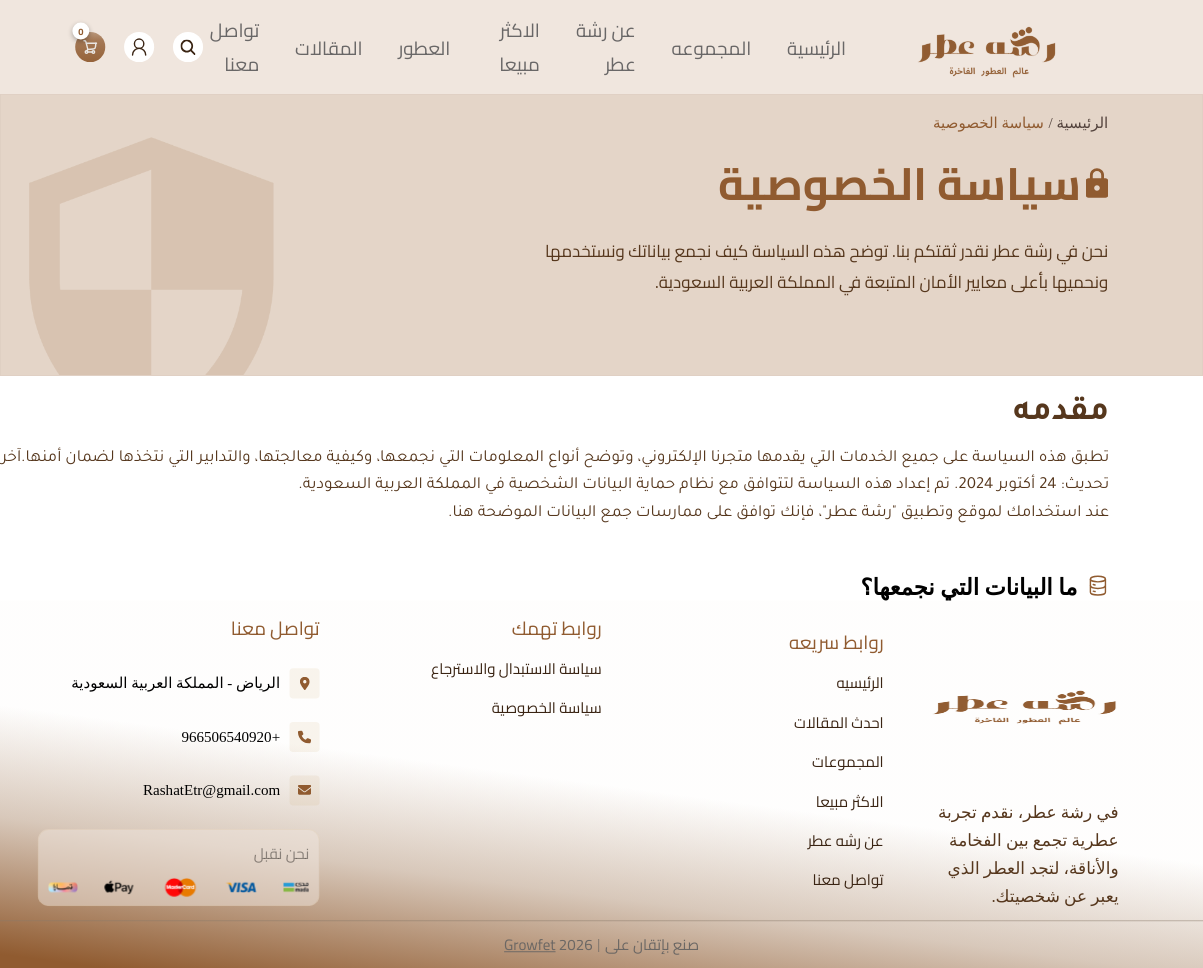
Repository: mahmoudesh74/rashet-3tr
Page: /PrivacyPolicyPage
An editor plug-in stored every save of this project. The page is shown before and after the next save, followed by the edit.
The browser window is 1280 px wide. The pictures show the whole page, at 94% of full size.
Some web fonts or font styles are not loaded; a fallback is used. The project was rebuilt for these pictures with package versions that can differ from the ones it lists, and the page was loaded fresh each time. Also part of the build but not shown: vite.config.js, src/App.css, src/components/HeaderSection/Header.css, src/components/HeaderSection/Header.jsx, src/components/GroupSection/GroupSection.css, src/components/GroupSection/GroupSection.jsx, src/components/AboutSection/AboutSection.css, src/components/AboutSection/AboutSection.jsx and 17 more. Imported but missing from the stored project, and not drawn on this page: src/assets/vedio.mp4.

Above is the page before, as saved 2026-09-23 11:49:05.

### index.html
<!doctype html>
<html lang="ar" dir="rtl">
  <head>
    <meta charset="UTF-8" />
    <link rel="icon" type="image/svg+xml" href="/favicon.svg" />
    <meta name="viewport" content="width=device-width, initial-scale=1.0" />
    <title>rashet-3tr</title>
    <link rel="preconnect" href="https://fonts.googleapis.com">
<link rel="preconnect" href="https://fonts.gstatic.com" crossorigin>
<link href="https://fonts.googleapis.com/css2?family=Be+Vietnam+Pro:ital,wght@0,100;0,200;0,300;0,400;0,500;0,600;0,700;0,800;0,900;1,100;1,200;1,300;1,400;1,500;1,600;1,700;1,800;1,900&family=Cairo:wght@200..1000&family=IBM+Plex+Sans:ital,wght@0,100..700;1,100..700&family=Kameron:wght@400..700&family=Noto+Rashi+Hebrew:wght@100..900&family=Plus+Jakarta+Sans:ital,wght@0,200..800;1,200..800&family=Roboto:ital,wght@0,100..900;1,100..900&family=Tajawal:wght@200;300;400;500;700;800;900&display=swap" rel="stylesheet">
    <link rel="preconnect" href="https://fonts.googleapis.com">
<link rel="preconnect" href="https://fonts.gstatic.com" crossorigin>
<link href="https://fonts.googleapis.com/css2?family=Be+Vietnam+Pro:ital,wght@0,100;0,200;0,300;0,400;0,500;0,600;0,700;0,800;0,900;1,100;1,200;1,300;1,400;1,500;1,600;1,700;1,800;1,900&family=Cairo:wght@200..1000&family=IBM+Plex+Sans:ital,wght@0,100..700;1,100..700&family=Kameron:wght@400..700&family=Noto+Rashi+Hebrew:wght@100..900&family=Plus+Jakarta+Sans:ital,wght@0,200..800;1,200..800&display=swap" rel="stylesheet">
    <link rel="preconnect" href="https://fonts.googleapis.com">
<link rel="preconnect" href="https://fonts.gstatic.com" crossorigin>
<link href="https://fonts.googleapis.com/css2?family=Be+Vietnam+Pro:ital,wght@0,100;0,200;0,300;0,400;0,500;0,600;0,700;0,800;0,900;1,100;1,200;1,300;1,400;1,500;1,600;1,700;1,800;1,900&family=Cairo:wght@200..1000&family=IBM+Plex+Sans:ital,wght@0,100..700;1,100..700&family=Kameron:wght@400..700&display=swap" rel="stylesheet">
 <link rel="preconnect" href="https://fonts.googleapis.com">
<link rel="preconnect" href="https://fonts.gstatic.com" crossorigin>
<link href="https://fonts.googleapis.com/css2?family=Be+Vietnam+Pro:ital,wght@0,100;0,200;0,300;0,400;0,500;0,600;0,700;0,800;0,900;1,100;1,200;1,300;1,400;1,500;1,600;1,700;1,800;1,900&family=Cairo:wght@200..1000&family=IBM+Plex+Sans:ital,wght@0,100..700;1,100..700&family=Kameron:wght@400..700&family=Plus+Jakarta+Sans:ital,wght@0,200..800;1,200..800&display=swap" rel="stylesheet">
</head>
  <body>
    <div id="root"></div>
    <script type="module" src="/src/main.jsx"></script>
  </body>
</html>

### src/main.jsx
import React from "react";
import ReactDOM from "react-dom/client";
import { BrowserRouter } from "react-router-dom";
import App from "./App.jsx";

ReactDOM.createRoot(document.getElementById("root")).render(
  <React.StrictMode>
    <BrowserRouter>
      <App />
    </BrowserRouter>
  </React.StrictMode>
);

### src/App.jsx
import "./App.css";
import HomePage from "./pages/HomePage/homePag";
import NavBar from "./components/NavBar/NavBar";
import Footer from "./components/Footer/Footer";
import { Routes, Route } from "react-router-dom";
import GroupPage from "./pages/GroupPage/GroupPage";
import GroupCatalog from "./pages/groupCatalog/groupCatalog";
import AboutRashetEtr from "./pages/AboutRashetEtr/AboutRashetEtr";
import PrivacyPolicyPage from "./pages/PrivacyPolicy/privacyPolicy"
function App() {
  return (
    <>
      <NavBar />

      <Routes>
        <Route path="/" element={<HomePage />} />
        <Route path="/GroupPage" element={<GroupPage />} />
        <Route path="/GroupCatalog/:id" element={<GroupCatalog />} />
        <Route path="/AboutRashetEtr" element={<AboutRashetEtr />} />
        <Route path="/PrivacyPolicyPage" element={<PrivacyPolicyPage />} />

      </Routes>

      <Footer />
    </>
  );
}

export default App;

### src/components/NavBar/NavBar.jsx
import { useState } from "react";
import styles from "./NavBar.module.css";
import LogoImage from "../../assets/logo-rashet-3tr.png";
import SearchIcon from "../../assets/search.svg";
import profileIcon from "../../assets/user.svg";
import cartIcon from "../../assets/cart.svg";
import Modal from "../../components/Model/Modal";
import LoginForm from "../../pages/LoginPage/LoginPage";
import { Link, useLocation, useNavigate } from "react-router-dom";

const links = [
  { label: "الرئيسية", to: "/" },
  { label: "المجموعه", section: "groups" },
  { label: "عن رشة عطر", to: "/AboutRashetEtr" },
  { label: "الاكثر مبيعا", section: "bestSeller" },
  { label: "العطور", section: "perfumes" },
  { label: "المقالات", section: "articles" },
  { label: "تواصل معنا", section: "contactUs" },
];

export default function Navbar() {
  const [isLoginOpen, setIsLoginOpen] = useState(false);

  const navigate = useNavigate();
  const location = useLocation();

  const handleSectionClick = (e, sectionId) => {
    e.preventDefault();

    if (location.pathname === "/") {
      const section = document.getElementById(sectionId);

      if (section) {
        section.scrollIntoView({
          behavior: "smooth",
          block: "start",
        });
      }
    } else {
      navigate(`/?scroll=${sectionId}`);
    }
  };

  return (
    <>
      <nav dir="rtl" className={styles.navbar}>
        <div className={styles.container}>

          <img
            src={LogoImage}
            alt="LogoImage"
            className={styles.logoImage}
          />

          <ul className={styles.links}>
            {links.map((link) => (
              <li key={link.label}>

                {link.section ? (
                  <Link
                    to={`/#${link.section}`}
                    onClick={(e) =>
                      handleSectionClick(e, link.section)
                    }
                    className={styles.link}
                  >
                    {link.label}
                  </Link>
                ) : (
                  <Link
                    to={link.to}
                    className={styles.link}
                  >
                    {link.label}
                  </Link>
                )}

              </li>
            ))}
          </ul>

          <div className={styles.icons}>

            <div className={styles.search}>
              <img src={SearchIcon} alt="بحث" />
            </div>

            <div
              className={styles.profile}
              onClick={() => setIsLoginOpen(true)}
              style={{ cursor: "pointer" }}
            >
              <img src={profileIcon} alt="مستخدم" />
            </div>

            <div className={styles.cart}>
              <img src={cartIcon} alt="سلة" />
              <span className={styles.cartCount}>0</span>
            </div>

          </div>
        </div>
      </nav>

      <Modal
        isOpen={isLoginOpen}
        onClose={() => setIsLoginOpen(false)}
      >
        <LoginForm onClose={() => setIsLoginOpen(false)} />
      </Modal>
    </>
  );
}

### src/pages/PrivacyPolicy/privacyPolicy.jsx
import "./privacyPolicy.css";
import CloseIcon from "../../assets/close-Icon.svg";
import privacy from "../../assets/privacy.png";
import database from "../../assets/database.svg"
export default function PrivacyPolicyPage() {
  return (
    <div className="privacyPolicyPage">
      <div className="pageHeaderContent">
        <div className="privacyPolicyTitle">
          <p>الرئيسية / </p> سياسة الخصوصية
        </div>
        <div className="privacyPolicyHeader">
          <div className="privacyPolicyHeaderImg">
            <img src={CloseIcon} alt="" />
            <h1>سياسة الخصوصية</h1>
          </div>
          <div className="privacyPolicyHeaderDes">
            <p>
              نحن في رشة عطر نقدر ثقتكم بنا. توضح هذه السياسة كيف نجمع بياناتك
              ونستخدمها ونحميها بأعلى معايير الأمان المتبعة في المملكة العربية
              السعودية.
            </p>
          </div>
        </div>
        <img src={privacy} alt="" className="headerShieldImg" />
      </div>
      <div className="introSection">
        <h2>مقدمه</h2>
        <p>
          تطبق هذه السياسة على جميع الخدمات التي يقدمها متجرنا الإلكتروني، وتوضح
          أنواع المعلومات التي نجمعها، وكيفية معالجتها، والتدابير التي نتخذها
          لضمان أمنها.آخر تحديث: 24 أكتوبر 2024. تم إعداد هذه السياسة لتتوافق مع
          نظام حماية البيانات الشخصية في المملكة العربية السعودية. <br /> عند استخدامك
          لموقع وتطبيق "رشة عطر"، فإنك توافق على ممارسات جمع البيانات الموضحة
          هنا.
        </p>
      </div>
      <div className="dataCollected">
        <div className="Database">
          <div className="DatabaseImg">
          <img src={database} alt="" />

          </div>
         <div className="DatabaseDes"> <h2>ما البيانات التي نجمعها؟</h2></div>
        </div>
      </div>
    </div>
  );
}

### src/pages/HomePage/homePage.css
*{
  padding: 0;
  margin: 0;
}
.HomePageHader {
  position: relative;
  width: 100%;
  height: 750px;

}

.HeaderBgVideo {
  position: absolute;
  top: 50%;
  left: 50%;
  min-width: 100%;
  min-height: 100%;
  width: auto;
  height: auto;
  transform: translate(-50%, -50%);
  object-fit: cover;
  z-index: -1;
}

.HeaderContent {
  position: relative;
  z-index: 1;
}

### src/components/NavBar/NavBar.module.css
.navbar {
  width: 100%;
  background-color:  #EFE4DBE5;
  height: 100px;

  position: absolute;
  top: 0;
  right: 0;
  left: 0;
  z-index: 100;
}

.container {
  height: 100px;
  display: flex;
  align-items: center;
  justify-content: space-evenly;
  padding-top: 16px;
  padding-bottom: 16px;
  padding-left: 80px;
  padding-right: 80px;
}
.logoImage {
  width: auto;
  height: 300px;
  object-fit: contain;
  scale: crop;
}

.links {
  align-items: center;
  gap: 38px;
  list-style: none;
  margin: 0;
  padding: 0;
}

@media (min-width: 768px) {
  .links {
    display: flex;
  }
}

.link {
  font-size: 20px;
  color: #696767;
  text-decoration: none;
  padding-bottom: 4px;
  font-family: "cairo";
  font-weight: 400;
}



.icons {
  display: flex;
  align-items: center;
  gap: 20px;
  flex-shrink: 0;
}
.search {
  display: flex;
  align-items: center;
  width: 32px;
  height: 32px;
  border-radius: 50%;
  background-color: #FFFFFF;
  justify-content: center;
  cursor: pointer;
}
.profile {
  cursor: pointer;
  display: flex;
  align-items: center;
  width: 32px;
  height: 32px;
  border-radius: 50%;
  background-color: #FFFFFF;
  justify-content: center;
}

.cart {
  position: relative;
  cursor: pointer;
  display: flex;
  align-items: center;
  justify-content: center;
  width: 32px;
  height: 32px;
  border-radius: 50%;
  background: linear-gradient(
    180deg,
    #ba987c 0%,
    #a57956 27.68%,
    #905B30 125.82%
  );
}

.cartCount {
  position: absolute;
  top: -10px;
  left: -3px;
  width: 18px;
  height: 18px;
  display: flex;
  align-items: center;
  justify-content: center;
  border-radius: 50%;
  background: #fff;
  color: #905B30;
  font-size: 10px;
  font-weight: 700;
  font-family: "cairo";
  box-shadow: 0 2px 6px #0000004d;
}
.link {
  position: relative;
  text-decoration: none;
}

.link::after {
  content: "";
  position: absolute;
  bottom: -8px;
  left: 0;
  width: 0;
  height: 3px;
  background-color: #905B30;
  transition: width 0.3s ease;
}

.link:hover::after {
  width: 100%;
}



@media (max-width: 1024px) {
  .navbar,
  .container {
    height: 90px;
  }
  .logoImage {
    height: 220px;
  }
  .links {
    gap: 22px;
  }
  .link {
    font-size: 16px;
  }
}

@media (max-width: 767px) {
  .navbar,
  .container {
    height: 70px;
  }
  .logoImage {
    height: 160px;
  }
  .icons {
    gap: 14px;
  }
  .search,
  .profile,
  .cart {
    width: 28px;
    height: 28px;
  }
}

@media (max-width: 480px) {
  .navbar,
  .container {
    height: 60px;
  }
  .logoImage {
    height: 120px;
  }
}

### src/components/Footer/Footer.css
.Footer {
  width: 100%;
  height: auto;
  background: linear-gradient(7.52deg, #905B30 2.66%, rgba(178, 147, 120, 0.5) 28.7%, rgba(212, 203, 192, 0) 50%),
    linear-gradient(0deg, rgba(251, 248, 245, 0.2), rgba(251, 248, 245, 0.2));
}
.row {
  width: 100%;
  display: flex;
  padding: 10px 40px 10px 40px;
}
.LogoContainer {
  display: flex;
  width: 25%;
  flex-direction: column;
  align-items: center;
  justify-content: center;
}
.LogoContainer img {
  width: 400px;
  height: 200px;
}
.LogoContainer p {
  max-width: 200px;
  font-family: "Cairo0";
  font-size: 18px;
  font-weight: 400;
  color: #56371D;
  line-height: 30px;
}
.LinksContainer {
  width: 25%;
  gap: 10px;
  display: flex;
  flex-direction: column;

  justify-content: center;
}
.LinksContainer h3 {
  font-size: 20px;
  font-weight: 400;
  font-family: "Cairo";
  color: #905B30;
}
.LinksContainer a {
  font-size: 16px;
  font-weight: 400;
  color: #3a2413;
  font-family: "Cairo";
  text-decoration: none;
}
.ownLinks {
  width: 25%;
  gap: 10px;
  display: flex;
  flex-direction: column;

}
.ownLinks h3 {
  font-size: 20px;
  font-weight: 400;
  font-family: "Cairo";
  color: #905B30;
}
.ownLinks a {
  font-size: 16px;
  font-weight: 400;
  color: #3a2413;
  font-family: "Cairo";
  text-decoration: none;
}
.contactWithUs {
  width: 25%;
  gap: 25px;
  display: flex;
  flex-direction: column;

}
.contactWithUs h3 {
  font-size: 20px;
  font-weight: 400;
  font-family: "Cairo";
  color: #905B30;
}
.location {
  display: flex;
  align-items: center;
  gap: 10px;
}
.locationIcon {
  display: flex;
  align-items: center;
  justify-content: center;
  width: 32px;
  height: 32px;
  background-color: #C5A0591A;
  border-radius: 4px;
}
.phoneIcon {
  display: flex;
  align-items: center;
  justify-content: center;
  width: 32px;
  height: 32px;
  background-color: #C5A0591A;
  border-radius: 4px;
}


.linkItem {
  display: flex;
  flex-direction: column;
  align-items: flex-start;
  width: fit-content;
}

.FooterLine {
  height: 2px;
  width: 20px;
  background-color: #905B30;
  border-radius: 8px;


  opacity: 0;
  transform: scaleX(0);
  transform-origin: right;
  transition: opacity 0.2s ease, transform 0.2s ease;
}

.linkItem:hover .FooterLine {
  opacity: 1;
  transform: scaleX(1);
}
.makeby{
    align-items: center;
    justify-content: center;
    display: flex;
    border-top: 1px solid #8A7A6A80;

   padding: 10px 0 10px 0;
    gap: 5px;
    color: #6B6764;

}
.makeby p{
    font-size: 16px ;
    font-weight: 400;
    font-family: "Cairo";
    color: #6B6764;
}
.payed{
    height:82px;
    width: 100%;
    background-color: #EFE6DD80;
    border: 1px solid #C5A0591A;
    border-radius: 12px;

}
.payed p{
  margin: 0;
  padding: 10px;
    font-family: "Cairo";
    font-size: 16px;
    font-weight: 400;
    color: #2D292680;
}
.payrow {
    display: flex;
    justify-content: space-between;
    gap: 20px;
    padding: 0 10px 0 10px;
}

### src/pages/PrivacyPolicy/privacyPolicy.css
.privacyPolicyPage {
  margin-top: 100px;

  width: 100%;
}
.pageHeaderContent{
  position: relative;
  overflow: hidden;
    padding-right:100px ;
    padding-top: 20px;
    width:100%;
    height: 300px;
    display: flex;
    flex-direction: column;

   background: linear-gradient(0deg, #E4D5C8, #E4D5C8),
linear-gradient(90deg, #905B30 0%, #E4D5C8 58.24%);

border: 1px solid #D5C3B84D;
}
.headerShieldImg {
  position: absolute;
  left: 30px;
  bottom: 0;
  width: 260px;
  height: auto;
}
.privacyPolicyTitle {
  display: flex;
  color: #905B30;
  gap: 5px;
}
.privacyPolicyTitle p {
  color: #53433d;
}
.privacyPolicyHeader {

  gap: 5px;

}
.privacyPolicyHeader h1 {
  font-size: 48px;
  font-weight: 700;
  font-family: "Cairo";
  color: #905B30;
}
.privacyPolicyHeaderImg{
    padding-top: 10px;
    padding-bottom: 10px;
    display: flex;
    gap: 5px;

}
.privacyPolicyHeaderDes p{

font-family: "Cairo";
font-weight: 400;
font-size: 18px;
color: #56371D;
max-width: 600px;
}
.introSection{
    padding-top: 20PX;
    padding-right: 100px;
}
.introSection h2{
    font-family: "Tajawal";
font-weight: 700;
font-size: 36px;
color: #56371D;

    padding-bottom: 10px;
}
.introSection p{
    font-family: "Tajawal";
font-weight: 400;
font-size: 18px;
color: #56371D;
max-width: 1300px;
line-height: 29.25px;

}
.dataCollected{
    width: 100%;
    display: flex;
    padding-right:100px ;
    padding-top: 50px;
}
.Database{
      width: 100%;
    display: flex;
    gap: 10px;
}

### src/pages/LoginPage/LoginPage.css
* {
  box-sizing: border-box;
}

.login-card {
  position: relative;
  background: #FFFFFF;
  width: 100%;
  border-radius: 20px;
  padding: 48px 44px;
}

.login-close {
  position: absolute;
  top: 16px;
  left: 16px;
  width: 32px;
  height: 32px;
  border-radius: 50%;
  border: none;
  background: #f3ede1;
  color: #6b6258;
  font-size: 20px;
  line-height: 1;
  cursor: pointer;
  display: flex;
  align-items: center;
  justify-content: center;
  transition: background 0.15s ease;
}

.login-close:hover {
  background: #e4dccb;
}

.login-title {
  font-size: 24px;
  font-weight: 700;
  font-family: "Cairo";
  color: #3a2413;
  text-align: center;
  margin: 0;
}

.login-subtitle {
  text-align: center;
  color: #717182;
  font-size: 16px;
  font-weight: 400;
  font-family: "SF Pro";
  margin-top: 8px;
  margin-bottom: 32px;
}

.google-btn {
  width: 100%;
  display: flex;
  align-items: center;
  justify-content: center;
  gap: 10px;
  padding: 14px;
  border: 2px solid #1a71f6;
  border-radius: 12px;
  background: #FFFFFF;
  color: #1a71f6;
  font-family: "Plus Jakarta Sans";
  font-size: 14px;
  font-weight: 700;
  cursor: pointer;
  transition: background 0.15s ease;
}

.divider {
  display: flex;
  align-items: center;
  gap: 14px;
  margin: 28px 0;
  color: #323130;
  font-size: 12px;
  font-weight: 700;
  font-family: "Plus Jakarta Sans";
}

.divider-line {
  flex: 1;
  height: 0.5px;
  background: #1a71f6;
}

.field {
  margin-bottom: 20px;
}

.field-label {
  display: block;
  font-size: 14px;
  font-weight: 700;
  color: #323130;
  font-family: "Plus Jakarta Sans";
  margin-bottom: 8px;
}

.text-input {
  width: 100%;
  padding: 14px 16px;
  border: 1.6px solid #d1d1d1;
  border-radius: 16px;
  font-family: "Plus Jakarta Sans";
  font-size: 14px;
  font-weight: 400;
  color: #333333;
  background: #FFFFFF;
  outline: none;
  transition: border-color 0.15s ease;
}

.text-input:focus {
  border-color: #a8642f;
}

.text-input::placeholder {
  color: #737373;
  font-family: "Plus Jakarta Sans";
  font-weight: 400;
  font-size: 14px;
}

.password-wrap {
  position: relative;
}

.password-wrap .text-input {
  padding-left: 44px;
}

.toggle-eye {
  position: absolute;
  left: 14px;
  top: 50%;
  transform: translateY(-50%);
  background: none;
  border: none;
  cursor: pointer;
  color: #6b6258;
  display: flex;
  padding: 0;
}

.toggle-eye svg {
  width: 20px;
  height: 20px;
}

.form-row {
  display: flex;
  align-items: center;
  justify-content: space-between;
  margin-bottom: 28px;
  font-size: 14px;
}

.remember-label {
  display: flex;
  align-items: center;
  gap: 8px;
  color: #333333;
  font-size: 14px;
  font-weight: 700;
  font-family: "Plus Jakarta Sans";
  cursor: pointer;
}

.remember-checkbox {
  width: 17px;
  height: 17px;
  accent-color: #905B30;
  cursor: pointer;
}

.forgot-link {
  color: #1a71f6;
  font-size: 14px;
  font-family: "Plus Jakarta Sans";
  font-weight: 700;
}

.forgot-link:hover {
  text-decoration: underline;
}

.submit-btn {
  width: 100%;
  padding: 15px;
  border: none;
  border-radius: 12px;
  background: #905B30;
  color: #FFFFFF;
  font-family: "Plus Jakarta Sans";
  font-size: 14px;
  font-weight: 700;
  cursor: pointer;
  transition: background 0.15s ease;
}

.submit-btn:hover {
  background: #8b5024;
}

.footer-text {
  text-align: center;
  margin-top: 22px;
  font-size: 14px;
  font-family: "Plus Jakarta Sans";
  font-weight: 400;
  color: #323130;
}





/* Responsive */
@media (max-width: 600px) {
  .login-card {
    padding: 32px 24px;
    border-radius: 16px;
  }

  .login-title {
    font-size: 24px;
  }

  .login-subtitle {
    font-size: 14px;
    margin-bottom: 24px;
  }

  .google-btn {
    padding: 12px;
    font-size: 14px;
  }

  .text-input {
    padding: 12px 14px;
    font-size: 14px;
  }

  .password-wrap .text-input {
    padding-left: 40px;
  }

  .form-row {
    flex-wrap: wrap;
    gap: 10px;
  }

  .submit-btn {
    padding: 13px;
    font-size: 15px;
  }
}

@media (max-width: 360px) {
  .login-card {
    padding: 24px 18px;
  }

  .login-title {
    font-size: 21px;
  }
}

Loaded but not shown: src/components/Footer/Footer.jsx (169 lines, source omitted)

After the next save:
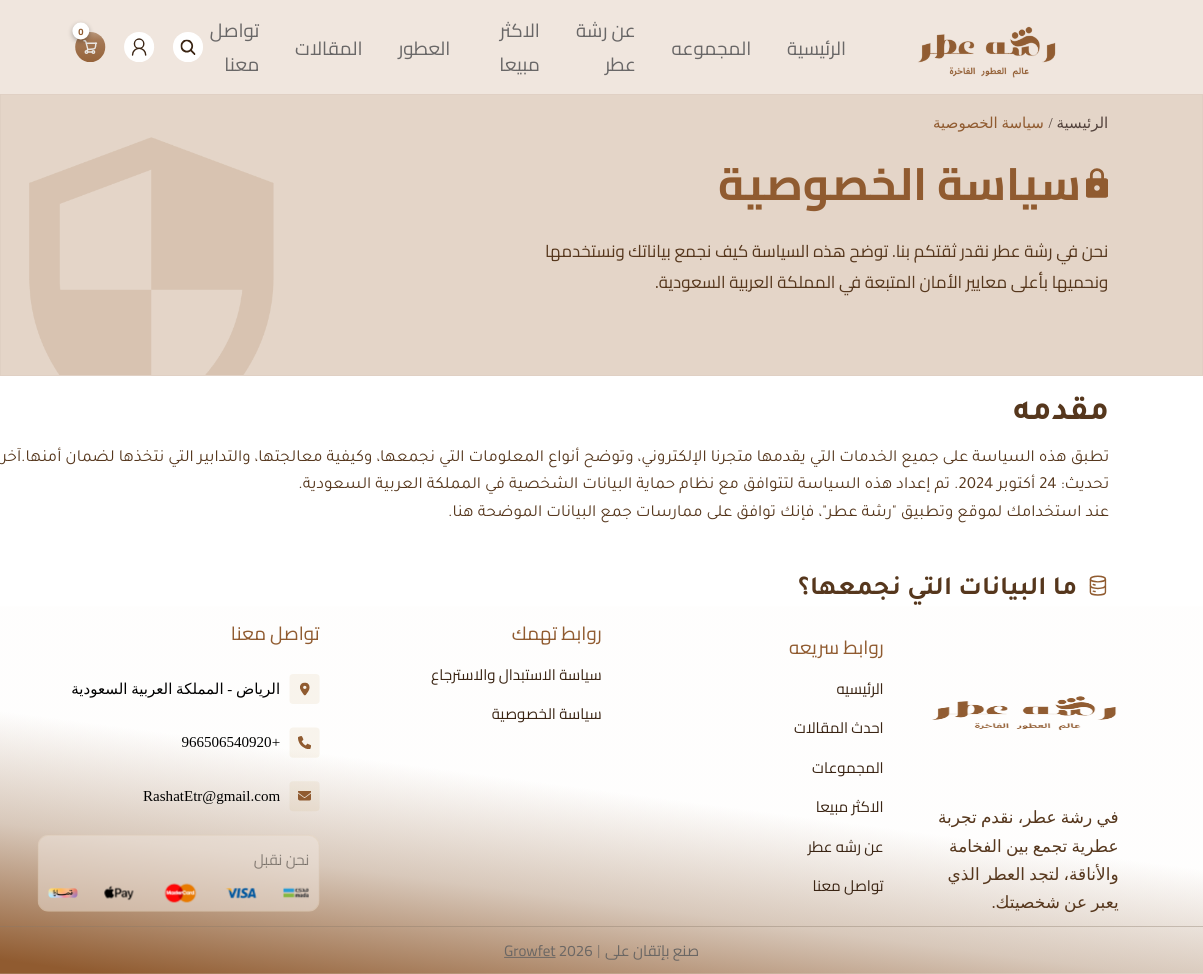
Saved 50 s later.
--- a/src/pages/PrivacyPolicy/privacyPolicy.css
+++ b/src/pages/PrivacyPolicy/privacyPolicy.css
@@ -91,3 +91,9 @@
     display: flex;
     gap: 10px;
 }
+.Database h2{
+        font-family: "Tajawal";
+font-weight: 700;
+font-size: 28px;
+color: #56371D;
+}
